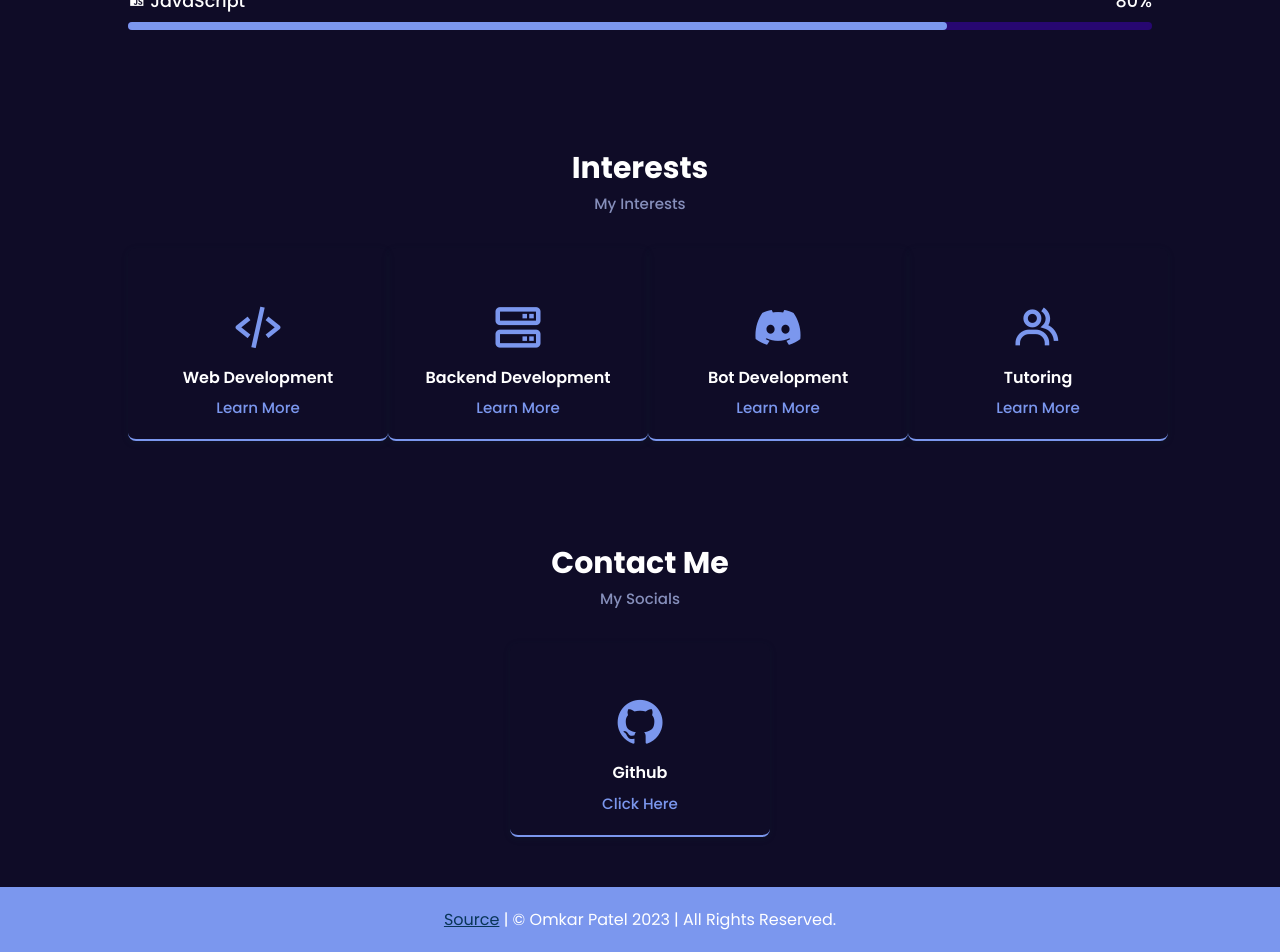
Repository: omkarxpatel/Omkar-Portfolio
Page: src/index.html
An editor plug-in stored every save of this project. The page is shown before and after a run of saves, followed by the edit.
The browser window is 1280 px wide. The pictures show the part of the page from y = 1925 to 2877 px (the page is 2877 px tall).
A picture or video elsewhere on the page could not be fetched, so the positions and the page height are approximate.

Above is the page before, as saved 2023-03-25 18:06:56.

After the next 2 saves:
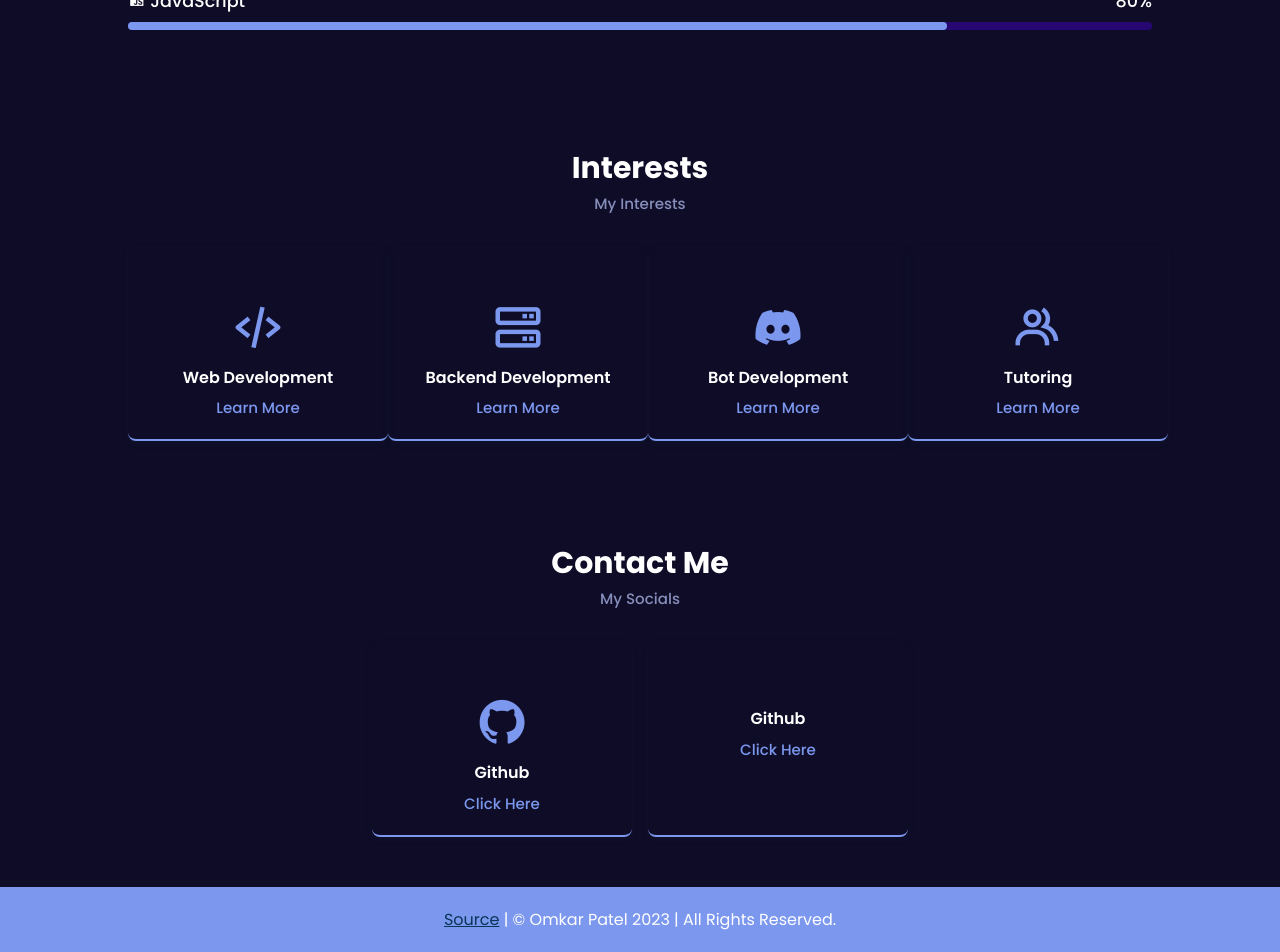
The 2 saves are shown as one change because they came seconds apart.
The last was saved 12 s later.
--- a/src/index.html
+++ b/src/index.html
@@ -255,6 +255,12 @@
             <a href="#contact" onclick="window.open('https://github.com/omkarxpatel', '_blank');">Click Here</a>
         </div>
 
+        <div class="interests-box">
+            <i class='bx bxl-leet'></i>
+            <h3>Github</h3>
+            <a href="#contact" onclick="window.open('https://github.com/omkarxpatel', '_blank');">Click Here</a>
+        </div>
+
 
     </div>
 </section>
